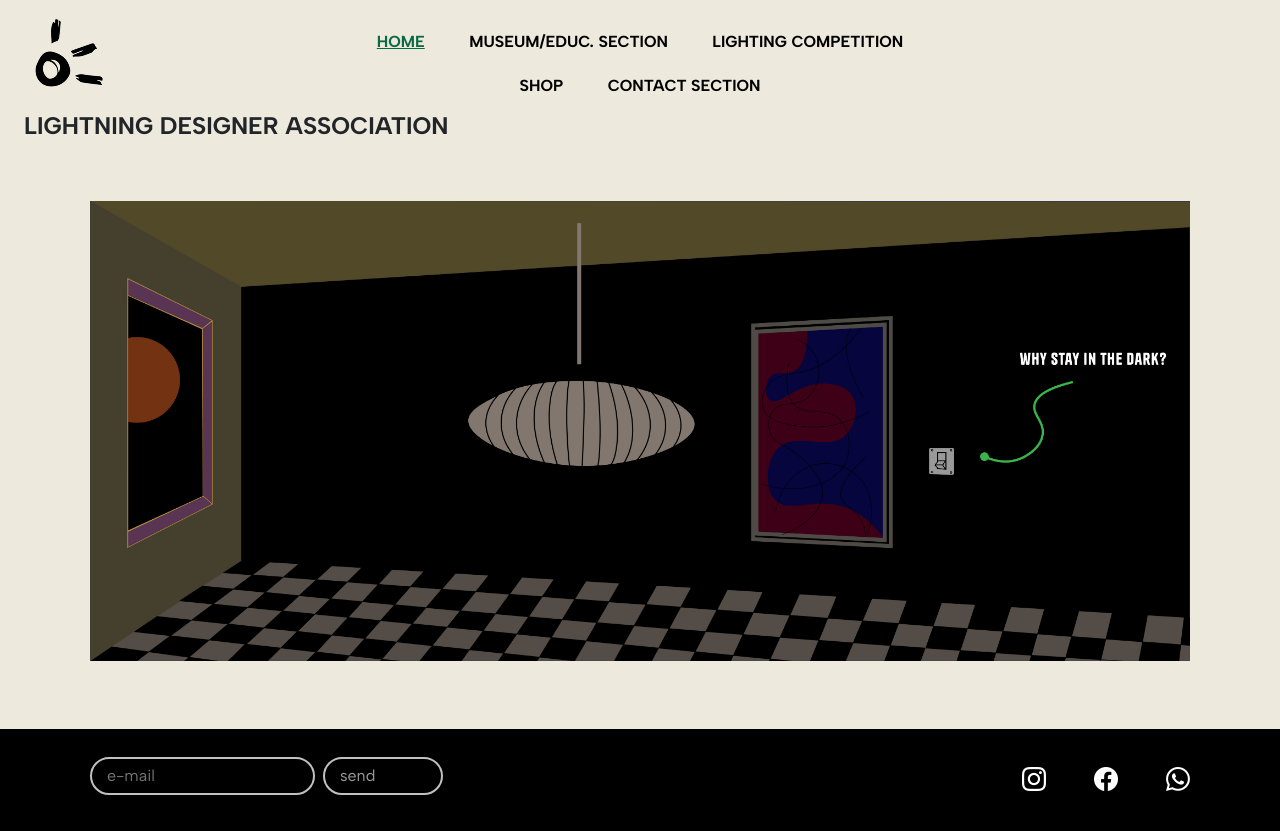
Repository: veronicamdiaz/Landing-Page-Practices
Page: index.html
An editor plug-in stored every save of this project. The page is shown before and after the next save, followed by the edit.
The browser window is 1280 px wide. The pictures show the whole page.

Above is the page before, as saved 2025-06-02 17:36:44.
Console error: TypeError: Cannot set properties of null (setting 'src')

### index.html
<!DOCTYPE html>
<html lang="pt-BR">
<head>
    <meta http-equiv="X-UA-Compatible" content="IE=edge">
    <meta name="viewport" content="width=device-width, initial-scale=1.0">
    <title>Landing Page</title>
    <link rel="stylesheet" href="https://cdn.jsdelivr.net/npm/bootstrap@5.3.3/dist/css/bootstrap.min.css">
    <link rel="preconnect" href="https://fonts.googleapis.com">
    <link rel="preconnect" href="https://fonts.gstatic.com" crossorigin>
    <link href="https://fonts.googleapis.com/css2?family=Pacifico&family=Roboto:wght@400;700&display=swap" rel="stylesheet">
    <link rel="stylesheet" href="https://cdn.jsdelivr.net/npm/bootstrap-icons@1.11.3/font/bootstrap-icons.min.css">
    <link href="https://fonts.googleapis.com/css2?family=Albert+Sans:ital,wght@0,100..900;1,100..900&family=Pacifico&family=Roboto+Slab:wght@100..900&family=Roboto:ital,wght@0,100;0,300;0,400;0,500;0,700;0,900;1,100;1,300;1,400;1,500;1,700;1,900&display=swap" rel="stylesheet">
    <link rel="stylesheet" href="main.css">
</head>

<body>
<header id="home-page">
    <div class="site-logo">
        <a href="index.html">
            <img src="images/logo-site.png" alt="Lightning Design Lab Logo" class="logo-img">
        </a>
    </div>

    <div class="menu" data-bs-target="#cabecalho" da
    ta-bs-smooth-scroll="true">
        <nav id="cabecalho" class="mb-2 px-4">
            <a href="index.html" class="nav-link-active" data-bs-toggle="tab" data-bs-target="#home-page">HOME</a>
            <a href="museum-educational-section.html" class="nav-link" data-bs-toggle="tab" data-bs-target="#museum-educational-section">MUSEUM/EDUC. SECTION</a>
            <a href="competition-section.html" class="nav-link" data-bs-toggle="tab" data-bs-target="#competition-section">LIGHTING COMPETITION</a>
            <a href="shop-section.html" class="nav-link" data-bs-toggle="tab" data-bs-target="#shop-section">SHOP</a>
            <a href="contact-section.html" class="nav-link" data-bs-toggle="tab" data-bs-target="#contact-section">CONTACT SECTION</a>
        </nav>
    </div>
</header>

    <main>
        <section id="interaction-section" class="mt-5 mb-5">
            <h2 class="section-title mb-3 p-4">LIGHTNING DESIGNER ASSOCIATION</h2>
            <div class="container">
                <img src="./images/lights drawings2-09-09-09.jpg" alt="desenho-luz-apagada" class="img-fluid" id="img-interativa">
            </div>
        </section>
    </main>

    <footer class="bg-black py-2">
        <div class="container d-flex justify-content-between align-items-center flex-column flex-md-row">
            <div class="d-flex gap-2 align-items-center mb-2">
                <input type="email" class="btn btn-secondary" placeholder="e-mail" required
                    style="border: 2px solid rgb(192, 192, 192); border-radius: 20px; background-color: black; padding: 5px 15px; min-width: 120px; text-align: left; color: rgb(155, 155, 155);">
                <button type="submit" class="btn btn-secondary"
                    style="border: 2px solid rgb(192, 192, 192); border-radius: 20px; background-color: black; padding: 5px 15px; min-width: 120px; text-align: left; color: rgb(155, 155, 155);">
                    send
                </button>
            </div>
            <div class="d-flex gap-5 align-items-center">
                <a href="https://www.instagram.com" target="_blank" class="text-white">
                    <i class="bi bi-instagram" style="font-size: 1.5rem;"></i>
                </a>
                <a href="https://www.facebook.com" target="_blank" class="text-white">
                    <i class="bi bi-facebook" style="font-size: 1.5rem;"></i>
                </a>
                <a href="https://wa.me/" target="_blank" class="text-white">
                    <i class="bi bi-whatsapp" style="font-size: 1.5rem;"></i>
                </a>
            </div>
        </div>
    </footer>


    <script src="script.js"></script>

    <script>
        document.addEventListener("DOMContentLoaded", function () {
            const navLinks = document.querySelectorAll(".nav-link");

            // Ativa o link clicado e armazena no localStorage
            navLinks.forEach(link => {
                link.addEventListener("click", function (e) {
                    // Armazena qual link foi clicado no localStorage
                    localStorage.setItem('activeLink', e.target.getAttribute('href'));
                    // Adiciona a classe de ativo
                    navLinks.forEach(l => l.classList.remove("nav-link-active"));
                    e.target.classList.add("nav-link-active");
                });
            });

            // Verifica se há um link ativo armazenado no localStorage
            const activeLink = localStorage.getItem('activeLink');
            if (activeLink) {
                // Remove a classe 'nav-link-active' de todos os links
                navLinks.forEach(link => link.classList.remove("nav-link-active"));
                // Adiciona a classe 'nav-link-active' ao link armazenado
                document.querySelector(`a[href="${activeLink}"]`)?.classList.add("nav-link-active");
            }
        });
    </script>
</body>
</html>

### main.css
html, body {
    height: 100%;
    margin: 0;
    display: flex;
    flex-direction: column;
}

body {
    background-color: #EDEADD;
    font-family: sans-serif;
    flex: 1;
}

main {
    z-index: 5;
    flex: 1; /* ocupa todo o espaço entre o header e o footer */
    display: flex;
    flex-direction: column;
    background-color: transparent;
}

header {
    height: auto;
    position: relative;
    display: flex;
    flex-direction: column;
    align-items: center;
    padding-bottom: 40px; /* ou ajuste conforme necessário */

}

.site-logo {
    z-index: 100; /* Aumente se necessário */
    position: fixed;
    top: 10px;
    left: 20px;
}

.interaction-section {
    z-index: 5;
}

.logo-img {
    height: auto;
    display: block;
}

.container {
    padding: 20px;
}

/* #webgl-container {
    display: flex;
    justify-content: center;
    align-items: center;
    width: 100%;
    height: 100%;
    overflow: hidden;
    background-color: #f5f5f5;
} */

#home-page {
    width: 100%;
    justify-content: center;
    align-items: center;
}



/* .square {
    width: 200px;
    height: 200px;
    background-color: rgb(255, 255, 255);
    position: relative;
} */

.square::before,
.square::after {
    content: "";
    position: absolute;
    width: 100%;
    height: 1px;
}

/* .square::before {
    top: 50%;
    transform: translateY(-50%);
    transform-origin: left;
    transform: rotate(45deg);
}

.square::after {
    left: 50%;
    transform: translateX(-50%);
    transform-origin: top;
    transform: rotate(-45deg);
}
*/
nav {
    font-family: 'Albert Sans';
    font-weight: bold;
    left: 50%;
    top: 10px; /* Mantém um pequeno espaçamento do topo */
    transform: translateX(-50%);
    gap: 20px;
    display: inline-block;
    font-size: 16px;
    align-items: center;
    justify-content: center;
    z-index: 10;
    padding: 10px 20px;
    height: auto;
}


nav a {
    text-decoration: none;
    font-weight: bold;
    background-color: none;
    height: auto !important;
}

.nav-link {
    color: black; /* Cor padrão */
    transition: color 0.3s ease;
}

.nav-link-active {
    color: #0b6945 !important; /* Cor do botão ativo */
    font-weight: bold;
    text-decoration: underline;
}


#cabecalho {
    position: fixed;
    text-align: center; /* Centraliza os links */
    height: auto;
    gap: 20px;
    z-index: 10px;
}

#cabecalho a {
    display: inline-block;
    padding: 10px 20px; /* Para não ficarem colados */
    height: auto;
}

.card {
    display: flex;
    align-items: center;
    padding: 40px;
    width: 100%;
    height: 100%;
    max-width: 1200px;
    margin: 0 auto;
    border-radius: 12px;
    border: 1px solid black;
}

.row {
    flex-wrap: wrap; /* Para quebrar corretamente em telas pequenas */
    justify-content: space-between; /* Garante espaçamento uniforme */
}

.card img {
    background-color: none;
    width: 100%;
    height: 100%;
    object-fit: cover;
}

.card h3 {
    font-size: 14px;
    font-family: 'Albert Sans';
    color: #666;
    font-weight: bold;
}
.card p {
    margin-top: 10px;
    font-size: 12px;
    color: #666;
    font-family: 'Albert Sans';
}

.card.reverse {
    flex-direction: column-reverse;
}

.section-title {
    font-family: 'Albert Sans';
    font-weight: bold;
    font-size: 1.5em;
}

#nova-secao {
    font-family: 'Albert Sans';
}

.text-white {
    font-family: 'Albert Sans';
    font-size: .3em;
    font-weight: bold;
    color: white;
}


.btn-seemore {
    text-transform: uppercase;
    text-decoration: underline;
    background: none;
    border: none;
    color: white;
    font-size: 1rem;
    cursor: pointer;
}

.card-label {
    font-family: 'Albert Sans', sans-serif;
    font-size: 0.9rem;
    color: #999;
    letter-spacing: 1px;
    margin-bottom: 2px; /* Diminuir aqui! */
}


.custom-card img {
    width: 40%;
    max-width: 300px;
    object-fit: cover;
}

.custom-card .card-content {
    width: 60%;
    padding: 20px;
}

.custom-card h3 {
    font-weight: bold;
    margin-bottom: 8px;
    font-size: 18px;
}

.custom-card.left {
    flex-direction: row;
    border: 1px solid black;
    background-color: transparent;
}

.custom-card.right {
    flex-direction: row-reverse;
    border: 1px solid black;
    background-color: transparent;
}

.custom-card p {
    font-size: 14px;
    line-height: 1.6;
}

.card-label {
    font-size: 14px;
    line-height: 1.6;
    font-family: 'Albert Sans';
}


footer {
    padding: 2px 0; /* Reduzindo a altura do footer */
    font-size: 0.8rem; /* Diminuindo tamanho do texto */
    font-family: 'Albert Sans', sans-serif;
}

.icon {
    max-width: 30px; /* Ajuste o tamanho máximo conforme necessário */
    max-height: 30px; /* Ajuste o tamanho máximo conforme necessário */
    width: auto; /* Mantém a proporção */
    height: auto; /* Mantém a proporção */
    object-fit: contain; /* Garante que a imagem se ajuste ao espaço sem distorção */
    margin-bottom: 10px;
}


#competition-section .container {
    width: 100vw;
    overflow: hidden;
}

#img-interativa {
    width: 100%;
    object-fit: cover;
    display: block;
}

.title-container .section-title {
    flex: 1;
    margin: 0;
}

/* “spacer” vazio só para manter o flex funcionando igual */
.title-container .spacer {
  width: 60px; /* ou o tamanho que você precisar para “fechar” o espaço */
}

/*contact section style */
.contact-section {
    display: flex;
    justify-content: center;
    align-items: center;
    padding: 2rem 1rem;
    border: none;
}

.contact-container {
padding: 2rem;
width: 100%;
max-width: 500px;
text-align: center;
background-color: transparent;
}

.contact-input {
width: 100%;
padding: 0.75rem;
border: 3px solid;
border-radius: 5px;
font-family: inherit;
margin-bottom: 10px; /* Espaçamento entre os inputs */
resize: none;
background-color: transparent;
}


.contact-cookie-policy p {
font-size: 0.9rem;
margin-top: 1rem;
color: #555;
}


@media (max-width: 768px) {
    .site-logo {
        top: 5px;
        left: 10px;
        position: fixed;
    }

    .logo-img {
        width: 40px;
    }

    nav {
        position: fixed;
        font-family: 'Albert Sans';
        font-weight: bold;
        gap: 20px;
        font-size: 10px;
        justify-content: center;
        text-align: right;
        display: flex;
        z-index: 1;
        padding: 4px 12px;
    }

    .home-image {
        width: 100%;
        height: auto;
        content: (url(images/fundositemenor_prancheta.png));
        }

    #home-page {
        justify-content: center;
        align-items: center;
    }

    .img-responsiva {
        height: auto;
    }

    .nav-links {
        flex-direction: column;
        gap: 15px;
        text-align: center;
    }

    .navbar-toggler {
        display: block; /* Mostra o botão hambúrguer */
        background: none;
        border: none;
        cursor: pointer;
    }

    .navbar-toggler i {
        color: black;
    }


    .card {
        text-align: center;
        flex-direction: column;
    }

    .card img {
        width: 70%;
    }

    .card .card-content {
        width: 70%;
    }

    .custom-card {
        flex-direction: column !important;
        text-align: center;
    }

    .custom-card img {
        width: 70%;
    }

    .custom-card .card-content {
        width: 70%;
    }


    footer .container {
        flex-direction: column;
        text-align: center;
    }

    footer form {
        flex-direction: column;
        width: 70%;
        align-items: center;
    }

    footer form input,
    footer form button {
        width: 90%; /* Mantém a aparência proporcional */
    }

    footer .d-flex.gap-5 {
        gap: 20px; /* Ajusta o espaçamento dos ícones */
        justify-content: center;
        margin-top: 10px;
    }
}

### script.js
document.addEventListener('DOMContentLoaded', function () {
  // Código para a troca de imagem
  const imagem = document.getElementById('img-interativa');
  let estado = 'inicial';

  console.log('Imagem carregada:', imagem);

  imagem.addEventListener('click', function () {
    console.log('Imagem clicada. Estado atual:', estado);

    if (estado === 'inicial') {
      imagem.src = './images/lights drawings2-05-05-05.jpg';
      estado = 'alterada';
    } else {
      imagem.src = './images/lights drawings2-09-09-09.jpg';
      estado = 'inicial';
    }

    console.log('Novo estado:', estado);
  });
});

function updateImage() {
  let homeImage = document.querySelector('.home-image');
  if (window.innerWidth <= 768) {
      homeImage.src = "images/fundositemenor_prancheta.png"; // Imagem menor
  } else {
      homeImage.src = "images/fundosite.png"; // Imagem padrão
  }
}

document.addEventListener("DOMContentLoaded", function () {
  const navLinks = document.querySelectorAll(".nav-link");
  const currentURL = window.location.pathname.split("/").pop(); // Pega só o nome do arquivo, ex: 'shop-section.html'

  navLinks.forEach(link => {
    const linkHref = link.getAttribute("href");

    // Verifica se o link aponta para a mesma página
    if (
      linkHref === currentURL ||                     // Exato match
      (linkHref === "index.html" && currentURL === "") || // Caso especial para index
      (linkHref !== "#" && currentURL.includes(linkHref)) // Links internos com hash (#)
    ) {
      link.classList.add("nav-link-active");
    } else {
      link.classList.remove("nav-link-active");
    }
  });
});


// Verifica quando a página carrega
window.onload = updateImage;

// Verifica quando a tela redimensiona
window.onresize = updateImage;

// <-- Fechando corretamente a função de 'DOMContentLoaded'


  /*
  // Inicialização do modelo 3D
  let mouseX = 0, mouseY = 0;
  const container = document.getElementById('webgl-container');
  const renderer = new THREE.WebGLRenderer({ antialias: true });
  renderer.setSize(window.innerWidth, window.innerHeight);
  container.appendChild(renderer.domElement);  // Adiciona o renderizador dentro de #webgl-container

  const scene = new THREE.Scene();

  // Criar um cubo maior
  const geometry = new THREE.BoxGeometry(2, 2, 2); // Aumentei o tamanho do cubo (2x2x2)
  const material = new THREE.MeshStandardMaterial({ color: 0x00ff00, roughness: 0.5, metalness: 0.7 });
  const cube = new THREE.Mesh(geometry, material);
  scene.add(cube);
  scene.background = new THREE.Color(0xF5F5F5);  // Cor de fundo #F5F5F5

   // Definir a posição do cubo para ficar mais para cima
   cube.position.y = 1; // Aqui é onde ajustamos a posição vertical do cubo

   // Melhorar a qualidade aumentando a resolução
  renderer.setPixelRatio(window.devicePixelRatio); // Usa a resolução nativa do dispositivo

  // Câmera
  const camera = new THREE.PerspectiveCamera(75, window.innerWidth / window.innerHeight, 0.1, 1000);
  camera.position.z = 5;  // Posicionando a câmera para visualizar o cubo maior

  // Adicionar luz ambiente
  const light = new THREE.AmbientLight(0x404040); // luz suave
  scene.add(light);

  // Adicionar luz direcional
  const directionalLight = new THREE.DirectionalLight(0xffffff, 1);
  directionalLight.position.set(5, 5, 5).normalize();
  scene.add(directionalLight);

  // Função de animação
  function animate() {
    requestAnimationFrame(animate);

    // A rotação do cubo será controlada pela posição do mouse
    cube.rotation.x = mouseY * Math.PI; // Multiplica a posição Y do mouse por pi
    cube.rotation.y = mouseX * Math.PI; // Multiplica a posição X do mouse por pi

    renderer.render(scene, camera);
  }

  animate();

  // Função para ajustar o tamanho do renderizador e atualizar a câmera
function onWindowResize() {
  const width = window.innerWidth;
  const height = window.innerHeight;

  // Atualiza as proporções da câmera
  camera.aspect = width / height;
  camera.updateProjectionMatrix();

  // Ajusta o tamanho do renderizador
  renderer.setSize(width, height);
}

// Adiciona um event listener para chamar a função sempre que a janela for redimensionada
window.addEventListener('resize', onWindowResize, false);

// Chama a função uma vez para configurar inicialmente
onWindowResize();

  // Redimensionar o renderizador quando a janela for redimensionada
  window.addEventListener('resize', () => {
    renderer.setSize(window.innerWidth, window.innerHeight);
    camera.aspect = window.innerWidth / window.innerHeight;
    camera.updateProjectionMatrix();
  });

  // Captura o movimento do mouse
  function onMouseMove(event) {
    // Normaliza a posição do mouse (de -1 a 1 para cada eixo)
    mouseX = (event.clientX / window.innerWidth) * 2 - 1;
    mouseY = -(event.clientY / window.innerHeight) * 2 + 1;
  }

  // Adiciona o ouvinte para o movimento do mouse
  window.addEventListener('mousemove', onMouseMove, false);
});

*/

After the next save:
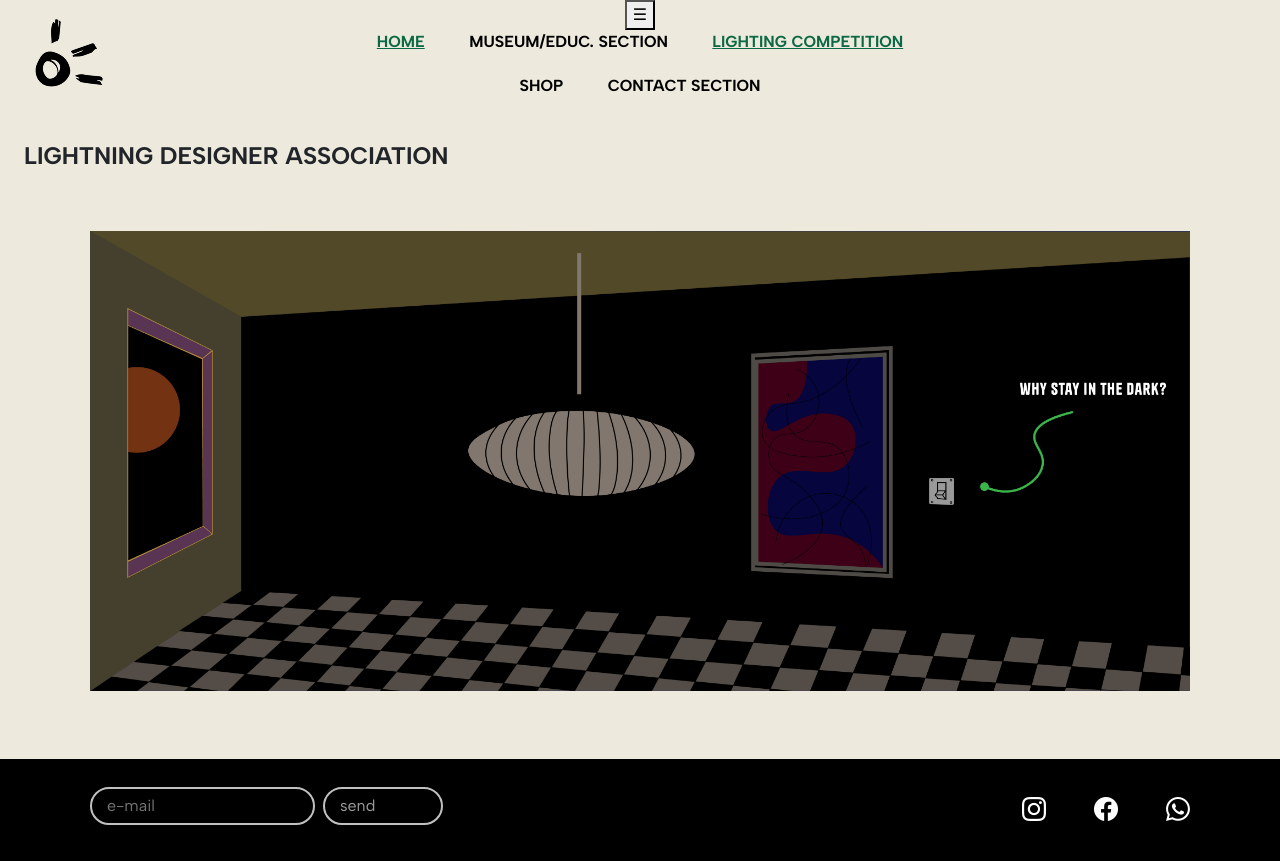
Saved 34 s later.
--- a/index.html
+++ b/index.html
@@ -20,17 +20,22 @@
             <img src="images/logo-site.png" alt="Lightning Design Lab Logo" class="logo-img">
         </a>
     </div>
+<!-- Botão hamburguer (aparece só no mobile) -->
+<button class="hamburger" id="hamburgerToggle">
+  &#9776; <!-- Unicode do ícone hamburguer -->
+</button>
 
-    <div class="menu" data-bs-target="#cabecalho" da
-    ta-bs-smooth-scroll="true">
-        <nav id="cabecalho" class="mb-2 px-4">
-            <a href="index.html" class="nav-link-active" data-bs-toggle="tab" data-bs-target="#home-page">HOME</a>
-            <a href="museum-educational-section.html" class="nav-link" data-bs-toggle="tab" data-bs-target="#museum-educational-section">MUSEUM/EDUC. SECTION</a>
-            <a href="competition-section.html" class="nav-link" data-bs-toggle="tab" data-bs-target="#competition-section">LIGHTING COMPETITION</a>
-            <a href="shop-section.html" class="nav-link" data-bs-toggle="tab" data-bs-target="#shop-section">SHOP</a>
-            <a href="contact-section.html" class="nav-link" data-bs-toggle="tab" data-bs-target="#contact-section">CONTACT SECTION</a>
-        </nav>
-    </div>
+<!-- Menu que será ocultado no mobile e exibido ao clicar no botão -->
+<div class="menu" id="mainMenu">
+  <nav id="cabecalho" class="mb-2 px-4">
+    <a href="index.html" class="nav-link">HOME</a>
+    <a href="museum-educational-section.html" class="nav-link">MUSEUM/EDUC. SECTION</a>
+    <a href="competition-section.html" class="nav-link-active">LIGHTING COMPETITION</a>
+    <a href="shop-section.html" class="nav-link">SHOP</a>
+    <a href="contact-section.html" class="nav-link">CONTACT SECTION</a>
+  </nav>
+</div>
+
 </header>
 
     <main>
